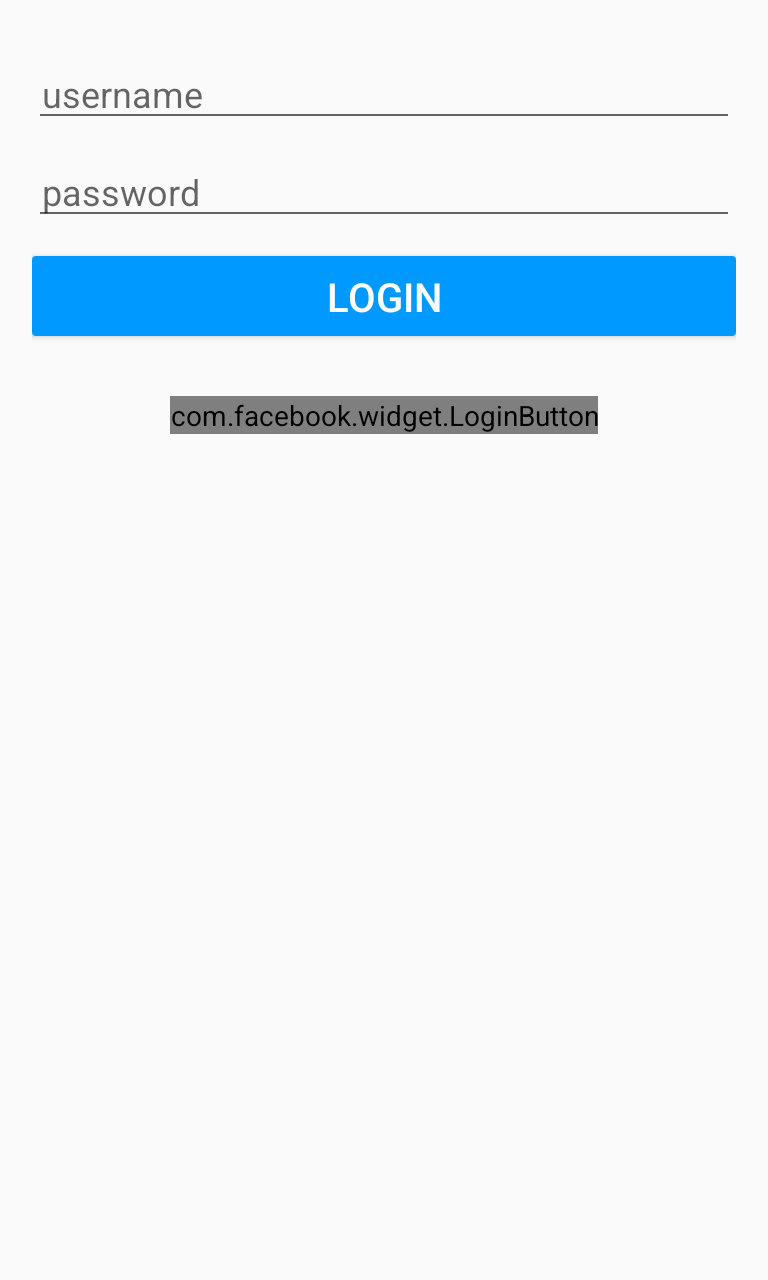
Repository: israelhill/Noteworthy
Layout: Noteworthy/res/layout/fragment_main.xml
An editor plug-in stored every save of this project. The layout is shown before and after the next save, followed by the edit.
Pictures or frames that could not be fetched are drawn as grey boxes. It is drawn on a 768 x 1280 px phone screen (xhdpi) without system bars, with theme AppTheme; the app's code is not run.

Above is the layout before, as saved 2014-09-06 10:30:28.

### Noteworthy/res/layout/fragment_main.xml
<LinearLayout xmlns:android="http://schemas.android.com/apk/res/android"
    xmlns:tools="http://schemas.android.com/tools"
    android:layout_width="match_parent"
    android:layout_height="match_parent"
    android:paddingBottom="@dimen/activity_vertical_margin"
    android:paddingLeft="@dimen/activity_horizontal_margin"
    android:paddingRight="@dimen/activity_horizontal_margin"
    android:paddingTop="@dimen/activity_vertical_margin"
    tools:context="com.noteworthy.MainActivity$PlaceholderFragment"
    android:orientation="vertical">

<EditText
    android:id="@+id/username"
    android:layout_width="match_parent"
    android:layout_height="40dp"
    android:hint="@string/username"
    android:layout_marginBottom="9dp"
    android:layout_marginTop="10dp"
    android:paddingLeft="5dp"/>

<EditText
    android:id="@+id/password"
    android:layout_width="match_parent"
    android:layout_height="40dp"
    android:hint="@string/password"
    android:inputType="textPassword"
    android:paddingLeft="5dp"
    android:layout_marginBottom="13dp"/>

<Button
    android:id="@+id/login"
    android:layout_width="match_parent"
    android:layout_height="40dp"
    android:background="@drawable/login_button"
    android:text="@string/login"
    android:textSize="20sp"
    android:textColor="@color/white"
    android:layout_gravity="center"/>

<com.facebook.widget.LoginButton
        android:id="@+id/authButton"
        android:layout_width="wrap_content"
        android:layout_height="wrap_content"
        android:layout_gravity="center_horizontal"
        android:layout_marginTop="30dp"/>


</LinearLayout>

### Noteworthy/res/values/strings.xml
<?xml version="1.0" encoding="utf-8"?>
<resources>

    <string name="app_name">Noteworthy</string>
    <string name="hello_world">Hello world!</string>
    <string name="action_settings">Settings</string>
    <string name="username">username</string>
    <string name="password">password</string>
    <string name="login">Login</string>

</resources>

### Noteworthy/res/drawable/login_button.xml
<?xml version="1.0" encoding="utf-8"?>
<shape xmlns:android="http://schemas.android.com/apk/res/android"
    android:name="rectangle" >

    <corners
        android:radius="2dp"/>
    <solid
        android:color="@color/blue"/>


</shape>

### Noteworthy/res/values/color.xml
<?xml version="1.0" encoding="utf-8"?>
<resources>
    <color name="blue">#0099FF</color>
    <color name="white">#ffffff</color>
    <color name="gray">#C2C2C2</color>

</resources>

Loaded but not shown: Noteworthy/res/values/styles.xml (common file); Noteworthy/res/values-v11/styles.xml (common file); Noteworthy/res/values-v14/styles.xml (common file); Noteworthy/res/values/dimens.xml (common file); Noteworthy/res/values-w820dp/dimens.xml (common file)

After the next save:
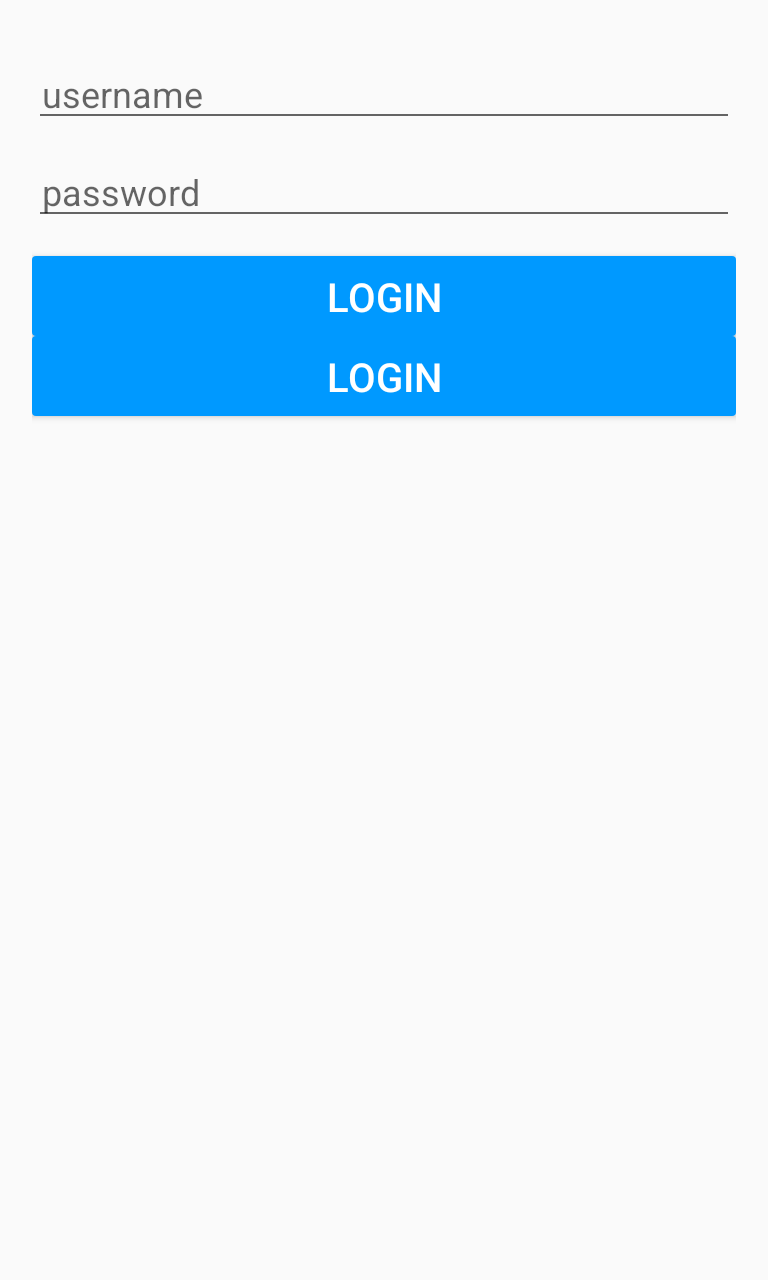
Saved 109 s later.
--- a/Noteworthy/res/layout/fragment_main.xml
+++ b/Noteworthy/res/layout/fragment_main.xml
@@ -36,13 +36,15 @@
     android:textSize="20sp"
     android:textColor="@color/white"
     android:layout_gravity="center"/>
-
-<com.facebook.widget.LoginButton
-        android:id="@+id/authButton"
-        android:layout_width="wrap_content"
-        android:layout_height="wrap_content"
-        android:layout_gravity="center_horizontal"
-        android:layout_marginTop="30dp"/>
+<Button
+    android:id="@+id/login"
+    android:layout_width="match_parent"
+    android:layout_height="40dp"
+    android:background="@drawable/login_button"
+    android:text="@string/login"
+    android:textSize="20sp"
+    android:textColor="@color/white"
+    android:layout_gravity="center"/>
 
 
 </LinearLayout>
